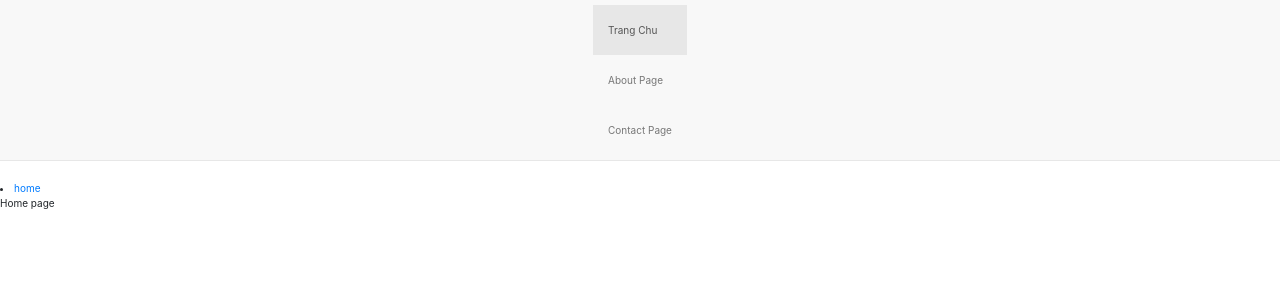
Repository: hntvip/react-route
Page: /
An editor plug-in stored every save of this project. The page is shown before and after the next save, followed by the edit.
The browser window is 1280 px wide. The pictures show the whole page.
The project was rebuilt for these pictures with package versions that can differ from the ones it lists, and the page was loaded fresh each time. Also part of the build but not shown: src/components/About.js, src/components/Contact.js.

Above is the page before, as saved 2019-11-28 10:53:53.

After the next save:
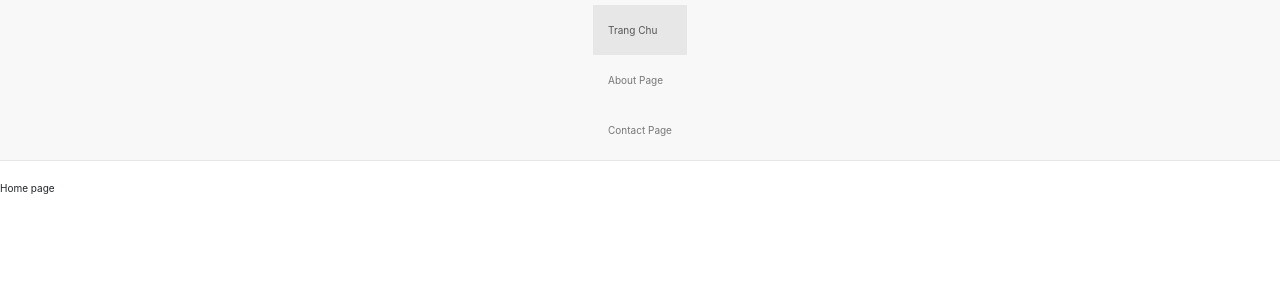
Saved 4 s later.
--- a/src/App.js
+++ b/src/App.js
@@ -23,10 +23,6 @@ class App extends Component {
       <Router>
         <div className="App">
           <Menu/>
-          <MenuLink to="/home"
-            label='home'
-            activeOnlyWhenExact='true'
-          />
           {/* Noi Dung */}
           <Switch>
             <Route path="/" exact component={Home}></Route>
